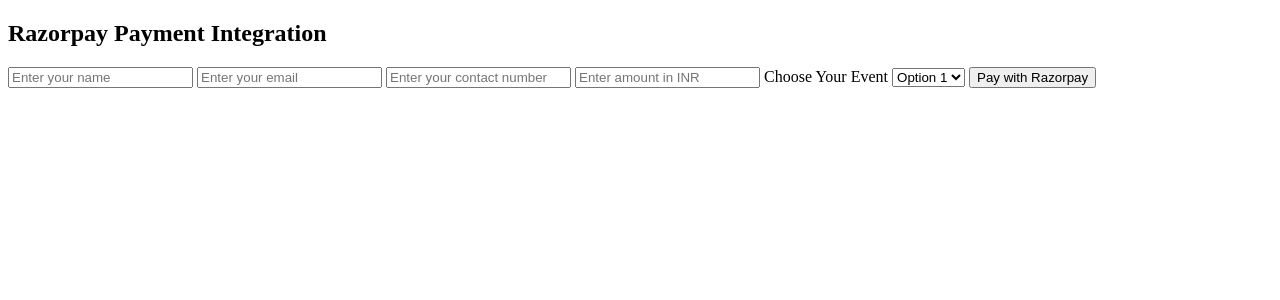
Repository: SharonSebastian32/razorpaypaymentgateway_implementation
Page: checkout.html
These files come from the project's save history. The page is drawn as it stood at one moment and after a run of saves; the edit follows.
The browser window is 1280 px wide. The pictures show the whole page.

Above is the page before, as saved 2024-08-08 18:56:18.

After the next 5 saves:
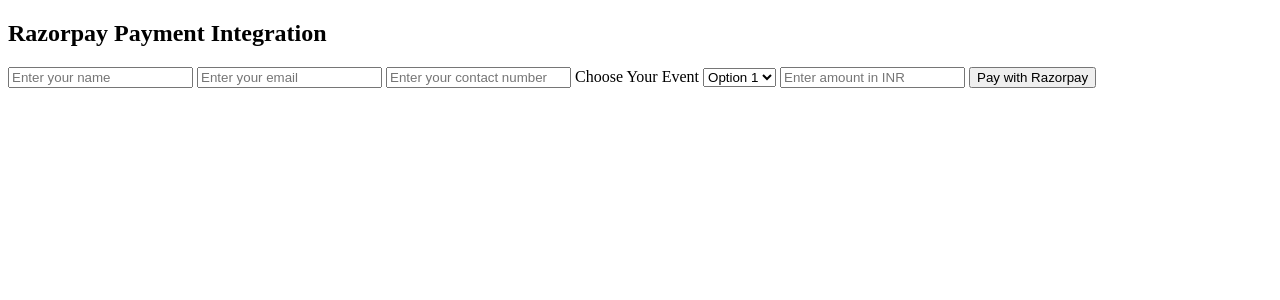
The 5 saves are shown as one change because they came seconds apart.
The last was saved 17 s later.
--- a/checkout.html
+++ b/checkout.html
@@ -16,6 +16,14 @@
         placeholder="Enter your contact number"
         required
       />
+
+      <label for="choices">Choose Your Event</label>
+      <select id="choices" name="choices">
+        <option value="option1">Option 1</option>
+        <option value="option2">Option 2</option>
+        <option value="option3">Option 3</option>
+      </select>
+
       <input
         type="number"
         id="amount"
@@ -23,14 +31,7 @@
         required
       />
 
-      <label for="choices">Choose Your Event</label>
-<select id="choices" name="choices">
-  <option value="option1">Option 1</option>
-  <option value="option2">Option 2</option>
-  <option value="option3">Option 3</option>
-</select>
-
-       <button id="rzp-button1" type="submit">Pay with Razorpay</button>
+      <button id="rzp-button1" type="submit">Pay with Razorpay</button>
     </form>
     <script src="./paymentGateway.js"></script>
     <!-- Razorpay Script -->
